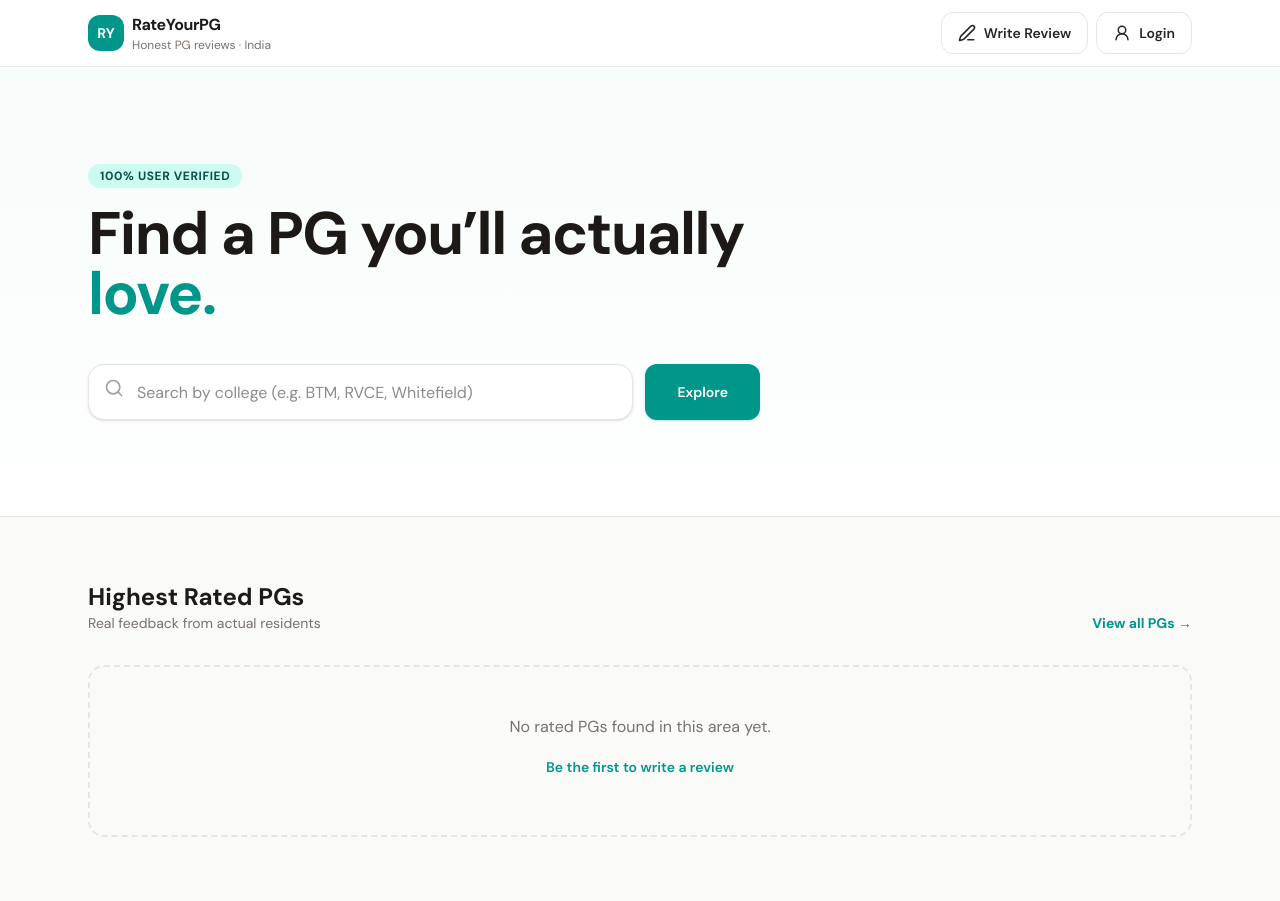
Repository: Tanishqontop/rateyourpg
Page: /
The author's editor kept a copy of each file at every save. The page is drawn from the files as they stood at one save, then again after the next save.
The browser window is 1280 px wide. The pictures show the whole page.
The page's requests for data from a server got no answer. The project was rebuilt for these pictures with package versions that can differ from the ones it lists, and the page was loaded fresh each time. No one was signed in, and anything a server would have sent is missing. Also part of the build but not shown: vite.config.js, vite.config.ts, src/lib/constants.ts, src/lib/reviewAi.ts, src/components/ui/Card.tsx, src/components/ui/StarRating.tsx, src/lib/slug.ts, src/components/review/AddPgForm.tsx and 10 more.

Above is the page before, as saved 2026-04-05 23:13:03.

### index.html
<!doctype html>
<html lang="en">
  <head>
    <meta charset="UTF-8" />
    <link rel="icon" type="image/svg+xml" href="/favicon.svg" />
    <meta name="viewport" content="width=device-width, initial-scale=1.0" />
    <meta
      name="description"
      content="RateYourPG — discover and review PG accommodations across India. Honest reviews from students and professionals."
    />
    <title>RateYourPG — PG Reviews &amp; Discovery in India</title>
    <link rel="preconnect" href="https://fonts.googleapis.com" />
    <link rel="preconnect" href="https://fonts.gstatic.com" crossorigin />
    <link
      href="https://fonts.googleapis.com/css2?family=DM+Sans:ital,opsz,wght@0,9..40,400;0,9..40,500;0,9..40,600;0,9..40,700;1,9..40,400&display=swap"
      rel="stylesheet"
    />
  </head>
  <body>
    <div id="root"></div>
    <script type="module" src="/src/main.tsx"></script>
  </body>
</html>

### src/index.css
@import "tailwindcss";

@theme {
  --font-sans: "DM Sans", ui-sans-serif, system-ui, sans-serif;
  --color-brand-50: #f0fdf9;
  --color-brand-100: #ccfbf1;
  --color-brand-200: #99f6e4;
  --color-brand-500: #14b8a6;
  --color-brand-600: #0d9488;
  --color-brand-700: #0f766e;
  --color-surface: #fafaf9;
  --color-ink: #1c1917;
  --color-muted: #78716c;
}

body {
  @apply bg-stone-50 text-stone-900 antialiased font-sans;
}

### src/pages/HomePage.tsx
import { useCallback, useEffect, useState } from "react";
import { Link, useNavigate } from "react-router-dom";
import { Helmet } from "react-helmet-async";
import { Search, MapPin, School } from "lucide-react";
import { getSupabase } from "@/lib/supabase";
import { DEMO_LOCATIONS } from "@/lib/demoData";
import type { LocationRow, PgRow } from "@/types/database";
import { Button } from "@/components/ui/Button";
import { Card } from "@/components/ui/Card";
import { PgCard } from "@/components/pg/PgCard";
import { AddLocationModal } from "@/components/location/AddLocationModal";

interface PgWithRatings extends PgRow {
  average_rating: number;
  total_reviews: number;
}

function scoreLocationMatch(loc: LocationRow, queryLower: string): number {
  const name = loc.name.toLowerCase();
  const city = loc.city.toLowerCase();
  if (name === queryLower) return 100;
  if (name.startsWith(queryLower)) return 88;
  if (name.includes(queryLower)) return 72;
  if (city.includes(queryLower)) return 48;
  return 0;
}

export function HomePage() {
  const navigate = useNavigate();
  const [q, setQ] = useState("");

  // Suggestion State
  const [suggestions, setSuggestions] = useState<LocationRow[]>([]);
  const [showSuggestions, setShowSuggestions] = useState(false);

  // Categorized State
  const [colleges, setColleges] = useState<LocationRow[]>([]);
  const [areas, setAreas] = useState<LocationRow[]>([]);
  const [realTopPgs, setRealTopPgs] = useState<PgWithRatings[]>([]);

  const [exploring, setExploring] = useState(false);
  const [addLocationOpen, setAddLocationOpen] = useState(false);

  // 1. Initial Data Fetch (Colleges, Areas, Top PGs)
  useEffect(() => {
    void (async () => {
      const sb = getSupabase();
      if (!sb) {
        setColleges(DEMO_LOCATIONS.filter(l => l.type === 'college'));
        return;
      }

      const { data: colData } = await sb.from("locations").select("*").eq("type", "college").order("name").limit(12);
      const { data: areaData } = await sb.from("locations").select("*").eq("type", "area").order("name").limit(12);

      if (colData) setColleges(colData as LocationRow[]);
      if (areaData) setAreas(areaData as LocationRow[]);

      const { data: pgData } = await sb.from("pg_with_ratings").select("*").gt("total_reviews", 0).order("average_rating", { ascending: false }).limit(3);
      if (pgData) setRealTopPgs(pgData as PgWithRatings[]);
    })();
  }, []);

  // 2. Real-time Fuzzy Search Logic
  useEffect(() => {
    const fetchSuggestions = async () => {
      const query = q.trim();
      if (query.length < 2) {
        setSuggestions([]);
        return;
      }

      const sb = getSupabase();
      if (!sb) return;

      // Calling the RPC function we created in SQL
      const { data, error } = await sb.rpc('search_locations', {
        search_query: query
      });

      if (!error && data) {
        setSuggestions(data as LocationRow[]);
      }
    };

    const timer = setTimeout(fetchSuggestions, 150); // Debounce
    return () => clearTimeout(timer);
  }, [q]);

  const runExplore = useCallback(async () => {
    const raw = q.trim();
    if (!raw) return;

    if (suggestions.length > 0) {
      navigate(`/location/${suggestions[0].slug}`);
      return;
    }

    setExploring(true);
    try {
      const sb = getSupabase();
      if (!sb) return;
      const { data: locRows } = await sb.from("locations").select("*").or(`name.ilike.%${raw}%,city.ilike.%${raw}%`).limit(1);

      if (locRows?.length) {
        navigate(`/location/${locRows[0].slug}`);
      } else {
        setAddLocationOpen(true);
      }
    } finally {
      setExploring(false);
    }
  }, [q, suggestions, navigate]);

  return (
    <>
      <Helmet>
        <title>RateYourPG — Honest PG Reviews in Bangalore & India</title>
      </Helmet>

      {/* HERO SECTION */}
      <section className="border-b border-stone-200 bg-linear-to-b from-teal-50/50 to-white">
        <div className="mx-auto max-w-6xl px-4 py-16 sm:px-6 sm:py-24">
          <p className="inline-block rounded-full bg-teal-100 px-3 py-1 text-xs font-bold uppercase tracking-wider text-teal-900">
            100% User Verified
          </p>
          <h1 className="mt-4 max-w-3xl text-4xl font-extrabold tracking-tight text-stone-900 sm:text-6xl">
            Find a PG you’ll actually <span className="text-teal-600">love.</span>
          </h1>

          <div className="mt-10 flex max-w-2xl flex-col gap-3 sm:flex-row sm:items-center">
            {/* SEARCH INPUT WITH DROPDOWN */}
            <div className="relative flex-1">
              <Search className="absolute left-4 top-3.5 text-stone-400" size={20} />
              <input
                value={q}
                onChange={(e) => {
                    setQ(e.target.value);
                    setShowSuggestions(true);
                }}
                onFocus={() => setShowSuggestions(true)}
                onBlur={() => setTimeout(() => setShowSuggestions(false), 200)}
                onKeyDown={(e) => e.key === "Enter" && void runExplore()}
                className="h-14 w-full rounded-2xl border border-stone-200 bg-white pl-12 pr-4 text-base shadow-sm outline-none ring-teal-600/20 transition focus:border-teal-600 focus:ring-4"
                placeholder="Search by college (e.g. BTM, RVCE, Whitefield)"
              />

              {/* DROPDOWN UI */}
              {showSuggestions && suggestions.length > 0 && (
                <div className="absolute top-full left-0 right-0 z-50 mt-2 overflow-hidden rounded-2xl border border-stone-200 bg-white shadow-2xl backdrop-blur-sm">
                   <div className="max-h-[320px] overflow-y-auto py-2">
                    {suggestions.map((loc) => (
                      <button
                        key={loc.id}
                        onMouseDown={() => navigate(`/location/${loc.slug}`)}
                        className="group flex w-full items-center gap-3 px-4 py-3 text-left transition hover:bg-teal-50"
                      >
                        <div className={`flex h-9 w-9 shrink-0 items-center justify-center rounded-xl ${
                            loc.type === 'college' ? 'bg-teal-100 text-teal-600' : 'bg-amber-100 text-amber-600'
                        }`}>
                          {loc.type === 'college' ? <School size={18} /> : <MapPin size={18} />}
                        </div>
                        <div className="flex-1 overflow-hidden">
                          <p className="truncate text-sm font-bold text-stone-900">{loc.name}</p>
                          <p className="text-xs text-stone-500">{loc.city} • {loc.type}</p>
                        </div>
                      </button>
                    ))}
                   </div>
                </div>
              )}
            </div>

            <Button className="h-14 px-8 text-base" disabled={exploring} onClick={() => void runExplore()}>
              {exploring ? "Searching..." : "Explore"}
            </Button>
          </div>
        </div>
      </section>

      <main className="mx-auto max-w-6xl space-y-16 px-4 py-16 sm:px-6">
        {/* COLLEGES SECTION */}
        {colleges.length > 0 && (
          <section>
            <div className="mb-6 flex items-center gap-2">
              <School className="text-teal-600" size={24} />
              <h2 className="text-2xl font-bold text-stone-900">Popular Colleges</h2>
            </div>
            <div className="no-scrollbar -mx-4 flex gap-4 overflow-x-auto px-4 pb-4 sm:mx-0 sm:px-0 snap-x snap-mandatory">
              {colleges.map((l) => (
                <Link key={l.id} to={`/location/${l.slug}`} className="shrink-0 snap-start">
                  <Card className="w-64 overflow-hidden transition-all hover:-translate-y-1 hover:shadow-lg">
                    <div className="h-32 bg-linear-to-br from-teal-500/10 to-amber-500/10 flex items-center justify-center">
                       <School className="text-stone-300" size={40} />
                    </div>
                    <div className="p-4">
                      <p className="font-bold text-stone-900 line-clamp-1">{l.name}</p>
                      <p className="text-sm text-stone-500">{l.city}</p>
                    </div>
                  </Card>
                </Link>
              ))}
            </div>
          </section>
        )}

        {/* AREAS SECTION */}
        {areas.length > 0 && (
          <section>
            <div className="mb-6 flex items-center gap-2">
              <MapPin className="text-teal-600" size={24} />
              <h2 className="text-2xl font-bold text-stone-900">Explore by Area</h2>
            </div>
            <div className="no-scrollbar -mx-4 flex gap-4 overflow-x-auto px-4 pb-4 sm:mx-0 sm:px-0 snap-x snap-mandatory">
              {areas.map((a) => (
                <Link key={a.id} to={`/location/${a.slug}`} className="shrink-0 snap-start">
                  <div className="group relative h-44 w-72 overflow-hidden rounded-2xl border border-stone-200 bg-stone-100 shadow-sm transition-all hover:shadow-md">
                    <img
                      src={a.image_url || "https://images.unsplash.com/photo-1596464716127-f2a82984de30?q=80&w=600"}
                      alt={a.name}
                      className="h-full w-full object-cover transition duration-700 group-hover:scale-110"
                    />
                    <div className="absolute inset-0 bg-linear-to-t from-stone-900/80 via-stone-900/20 to-transparent" />
                    <div className="absolute bottom-4 left-4 text-white">
                      <p className="text-xl font-bold">{a.name}</p>
                      <div className="flex items-center gap-1 text-xs opacity-90">
                        <MapPin size={12} />
                        <span>{a.city}</span>
                      </div>
                    </div>
                  </div>
                </Link>
              ))}
            </div>
          </section>
        )}

        {/* TOP RATED SECTION */}
        <section>
          <div className="mb-8 flex flex-col gap-1 sm:flex-row sm:items-end sm:justify-between">
            <div>
              <h2 className="text-2xl font-bold text-stone-900">Highest Rated PGs</h2>
              <p className="text-stone-500 text-sm">Real feedback from actual residents</p>
            </div>
            <Link to="/explore" className="text-sm font-bold text-teal-600 hover:text-teal-700">
              View all PGs →
            </Link>
          </div>

          <div className="grid gap-6 sm:grid-cols-2 lg:grid-cols-3">
            {realTopPgs.length > 0 ? (
              realTopPgs.map((pg) => (
                <PgCard
                  key={pg.id}
                  pg={pg}
                  rating={pg.average_rating}
                  reviewCount={pg.total_reviews}
                  tags={["High Trust", "Clean Rooms"]}
                />
              ))
            ) : (
              <div className="col-span-full rounded-2xl border-2 border-dashed border-stone-200 py-12 text-center">
                <p className="text-stone-500">No rated PGs found in this area yet.</p>
                <Button variant="ghost" className="mt-2 text-teal-600" onClick={() => navigate("/?write=1")}>
                  Be the first to write a review
                </Button>
              </div>
            )}
          </div>
        </section>
      </main>

      <AddLocationModal
        open={addLocationOpen}
        onClose={() => setAddLocationOpen(false)}
        defaultName={q.trim()}
        onCreated={(loc) => {
          if (loc.type === 'college') setColleges(prev => [loc, ...prev]);
          else setAreas(prev => [loc, ...prev]);
          navigate(`/location/${loc.slug}?write=1`);
        }}
      />
    </>
  );
}

### src/lib/supabase.ts
import { createClient, type SupabaseClient } from "@supabase/supabase-js";

let client: SupabaseClient | null = null;

function getSupabaseKey(): string | undefined {
  return (
    import.meta.env.VITE_SUPABASE_ANON_KEY ||
    import.meta.env.VITE_SUPABASE_PUBLISHABLE_DEFAULT_KEY
  );
}

export function isSupabaseConfigured(): boolean {
  return Boolean(import.meta.env.VITE_SUPABASE_URL && getSupabaseKey());
}

export function getSupabase(): SupabaseClient | null {
  if (!isSupabaseConfigured()) return null;
  if (!client) {
    const key = getSupabaseKey()!;
    client = createClient(import.meta.env.VITE_SUPABASE_URL!, key,
      {
        auth: {
          persistSession: true,
          autoRefreshToken: true,
        },
      }
    );
  }
  return client;
}

### src/lib/reviewPrefill.ts
import type { LocationRow } from "@/types/database";

const KEY = "rateyourpg_prefill_location";

/** Minimal row for ReviewModal step 3 */
export type PrefillLocation = Pick<
  LocationRow,
  "id" | "slug" | "name" | "city"
> & {
  type?: string | null;
  created_at?: string;
};

export function setReviewPrefillLocation(loc: PrefillLocation): void {
  sessionStorage.setItem(KEY, JSON.stringify(loc));
}

export function clearReviewPrefillLocation(): void {
  sessionStorage.removeItem(KEY);
}

export function peekReviewPrefillLocation(): PrefillLocation | null {
  const raw = sessionStorage.getItem(KEY);
  if (!raw) return null;
  try {
    return JSON.parse(raw) as PrefillLocation;
  } catch {
    sessionStorage.removeItem(KEY);
    return null;
  }
}

export function consumeReviewPrefillLocation(): PrefillLocation | null {
  const v = peekReviewPrefillLocation();
  if (v) sessionStorage.removeItem(KEY);
  return v;
}

### src/components/ui/Button.tsx
import type { ButtonHTMLAttributes, ReactNode } from "react";

type Variant = "primary" | "secondary" | "ghost" | "danger";

const variants: Record<Variant, string> = {
  primary:
    "bg-teal-600 text-white hover:bg-teal-700 shadow-sm shadow-teal-600/20",
  secondary:
    "bg-white text-stone-800 border border-stone-200 hover:bg-stone-50",
  ghost: "bg-transparent text-stone-700 hover:bg-stone-100",
  danger: "bg-red-600 text-white hover:bg-red-700",
};

export function Button({
  className = "",
  variant = "primary",
  children,
  ...props
}: ButtonHTMLAttributes<HTMLButtonElement> & {
  variant?: Variant;
  children: ReactNode;
}) {
  return (
    <button
      type="button"
      className={`inline-flex items-center justify-center gap-2 rounded-xl px-4 py-2.5 text-sm font-semibold transition focus-visible:outline focus-visible:outline-2 focus-visible:outline-offset-2 focus-visible:outline-teal-600 disabled:opacity-50 ${variants[variant]} ${className}`}
      {...props}
    >
      {children}
    </button>
  );
}

### src/context/useAuth.ts
import { useContext } from "react";
import { AuthContext, type AuthContextValue } from "./AuthContext";
import { isSupabaseConfigured } from "@/lib/supabase";

export function useAuth(): AuthContextValue {
  const ctx = useContext(AuthContext);
  if (!ctx) throw new Error("useAuth must be used within AuthProvider");
  return ctx;
}

/** True when Vite env has Supabase URL + key (no Provider required). */
export function useOptionalSupabase(): boolean {
  return isSupabaseConfigured();
}

Loaded but not shown: src/main.tsx (common file); src/context/AuthContext.tsx (194 lines, source omitted); src/lib/demoData.ts (101 lines, source omitted); src/components/layout/Header.tsx (55 lines, source omitted); src/components/layout/AppShell.tsx (56 lines, source omitted); src/App.tsx (28 lines, source omitted)

After the next save:
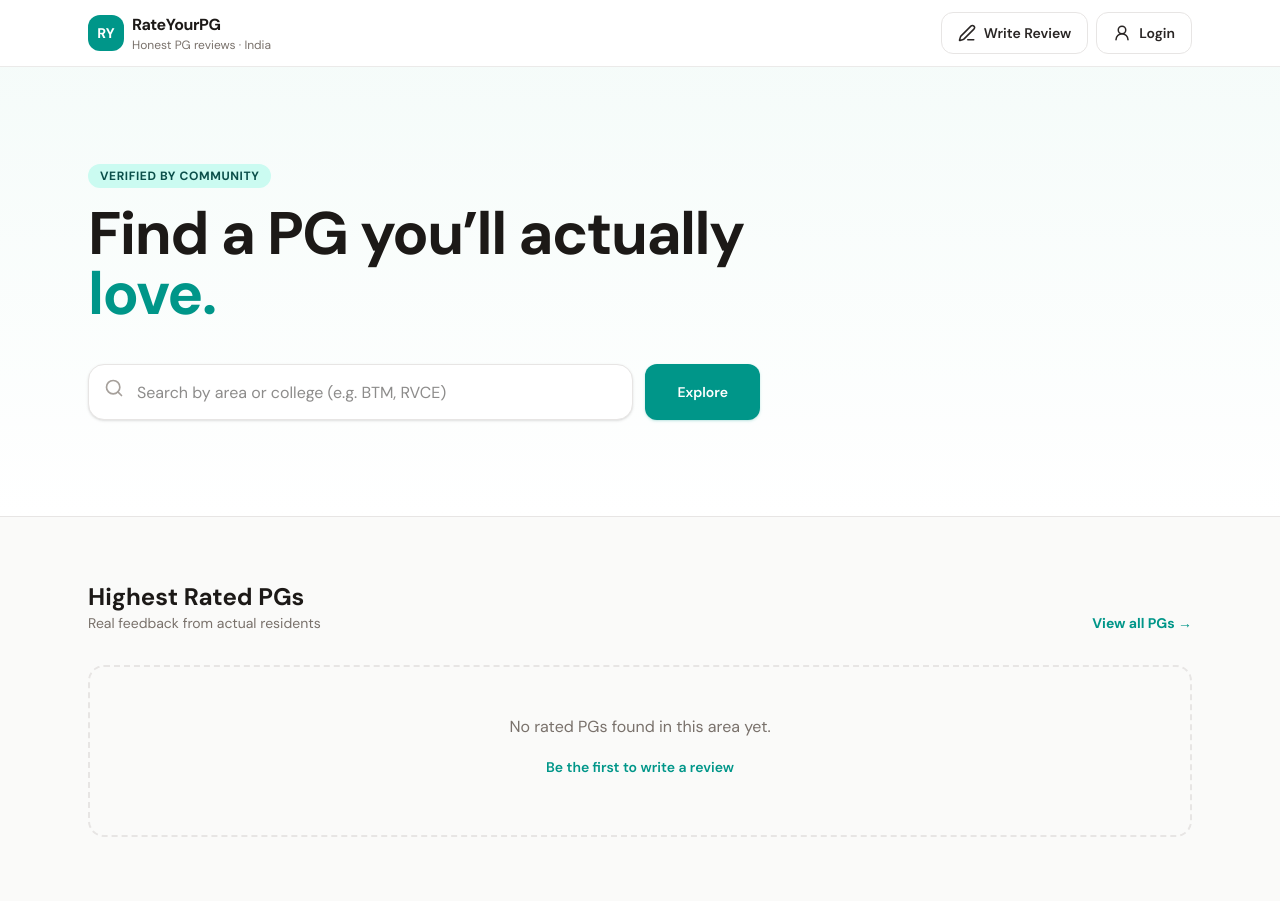
Saved 6 min 14 s later.
--- a/src/pages/HomePage.tsx
+++ b/src/pages/HomePage.tsx
@@ -15,33 +15,22 @@ interface PgWithRatings extends PgRow {
   total_reviews: number;
 }
 
-function scoreLocationMatch(loc: LocationRow, queryLower: string): number {
-  const name = loc.name.toLowerCase();
-  const city = loc.city.toLowerCase();
-  if (name === queryLower) return 100;
-  if (name.startsWith(queryLower)) return 88;
-  if (name.includes(queryLower)) return 72;
-  if (city.includes(queryLower)) return 48;
-  return 0;
-}
-
 export function HomePage() {
   const navigate = useNavigate();
   const [q, setQ] = useState("");
 
-  // Suggestion State
+  // Suggestion & Search State
   const [suggestions, setSuggestions] = useState<LocationRow[]>([]);
   const [showSuggestions, setShowSuggestions] = useState(false);
-
-  // Categorized State
+  const [exploring, setExploring] = useState(false);
+  const [addLocationOpen, setAddLocationOpen] = useState(false);
+
+  // Content State
   const [colleges, setColleges] = useState<LocationRow[]>([]);
   const [areas, setAreas] = useState<LocationRow[]>([]);
   const [realTopPgs, setRealTopPgs] = useState<PgWithRatings[]>([]);
 
-  const [exploring, setExploring] = useState(false);
-  const [addLocationOpen, setAddLocationOpen] = useState(false);
-
-  // 1. Initial Data Fetch (Colleges, Areas, Top PGs)
+  // 1. Initial Data Fetch
   useEffect(() => {
     void (async () => {
       const sb = getSupabase();
@@ -61,7 +50,7 @@ export function HomePage() {
     })();
   }, []);
 
-  // 2. Real-time Fuzzy Search Logic
+  // 2. Real-time Fuzzy Search Logic (Debounced)
   useEffect(() => {
     const fetchSuggestions = async () => {
       const query = q.trim();
@@ -73,7 +62,6 @@ export function HomePage() {
       const sb = getSupabase();
       if (!sb) return;
 
-      // Calling the RPC function we created in SQL
       const { data, error } = await sb.rpc('search_locations', {
         search_query: query
       });
@@ -83,7 +71,7 @@ export function HomePage() {
       }
     };
 
-    const timer = setTimeout(fetchSuggestions, 150); // Debounce
+    const timer = setTimeout(fetchSuggestions, 150);
     return () => clearTimeout(timer);
   }, [q]);
 
@@ -91,6 +79,7 @@ export function HomePage() {
     const raw = q.trim();
     if (!raw) return;
 
+    // Use the first suggestion if available for quick navigation
     if (suggestions.length > 0) {
       navigate(`/location/${suggestions[0].slug}`);
       return;
@@ -122,14 +111,13 @@ export function HomePage() {
       <section className="border-b border-stone-200 bg-linear-to-b from-teal-50/50 to-white">
         <div className="mx-auto max-w-6xl px-4 py-16 sm:px-6 sm:py-24">
           <p className="inline-block rounded-full bg-teal-100 px-3 py-1 text-xs font-bold uppercase tracking-wider text-teal-900">
-            100% User Verified
+            Verified by Community
           </p>
           <h1 className="mt-4 max-w-3xl text-4xl font-extrabold tracking-tight text-stone-900 sm:text-6xl">
             Find a PG you’ll actually <span className="text-teal-600">love.</span>
           </h1>
 
           <div className="mt-10 flex max-w-2xl flex-col gap-3 sm:flex-row sm:items-center">
-            {/* SEARCH INPUT WITH DROPDOWN */}
             <div className="relative flex-1">
               <Search className="absolute left-4 top-3.5 text-stone-400" size={20} />
               <input
@@ -142,13 +130,13 @@ export function HomePage() {
                 onBlur={() => setTimeout(() => setShowSuggestions(false), 200)}
                 onKeyDown={(e) => e.key === "Enter" && void runExplore()}
                 className="h-14 w-full rounded-2xl border border-stone-200 bg-white pl-12 pr-4 text-base shadow-sm outline-none ring-teal-600/20 transition focus:border-teal-600 focus:ring-4"
-                placeholder="Search by college (e.g. BTM, RVCE, Whitefield)"
+                placeholder="Search by area or college (e.g. BTM, RVCE)"
               />
 
-              {/* DROPDOWN UI */}
+              {/* FUZZY SEARCH SUGGESTIONS */}
               {showSuggestions && suggestions.length > 0 && (
                 <div className="absolute top-full left-0 right-0 z-50 mt-2 overflow-hidden rounded-2xl border border-stone-200 bg-white shadow-2xl backdrop-blur-sm">
-                   <div className="max-h-[320px] overflow-y-auto py-2">
+                   <div className="max-h-80 overflow-y-auto py-2">
                     {suggestions.map((loc) => (
                       <button
                         key={loc.id}
@@ -179,7 +167,7 @@ export function HomePage() {
       </section>
 
       <main className="mx-auto max-w-6xl space-y-16 px-4 py-16 sm:px-6">
-        {/* COLLEGES SECTION */}
+        {/* COLLEGES CAROUSEL */}
         {colleges.length > 0 && (
           <section>
             <div className="mb-6 flex items-center gap-2">
@@ -190,8 +178,8 @@ export function HomePage() {
               {colleges.map((l) => (
                 <Link key={l.id} to={`/location/${l.slug}`} className="shrink-0 snap-start">
                   <Card className="w-64 overflow-hidden transition-all hover:-translate-y-1 hover:shadow-lg">
-                    <div className="h-32 bg-linear-to-br from-teal-500/10 to-amber-500/10 flex items-center justify-center">
-                       <School className="text-stone-300" size={40} />
+                    <div className="h-32 bg-linear-to-br from-teal-500/10 to-amber-500/10 flex items-center justify-center text-stone-300">
+                       <School size={40} />
                     </div>
                     <div className="p-4">
                       <p className="font-bold text-stone-900 line-clamp-1">{l.name}</p>
@@ -204,7 +192,7 @@ export function HomePage() {
           </section>
         )}
 
-        {/* AREAS SECTION */}
+        {/* AREAS CAROUSEL */}
         {areas.length > 0 && (
           <section>
             <div className="mb-6 flex items-center gap-2">
@@ -235,7 +223,7 @@ export function HomePage() {
           </section>
         )}
 
-        {/* TOP RATED SECTION */}
+        {/* HIGHEST RATED PGS */}
         <section>
           <div className="mb-8 flex flex-col gap-1 sm:flex-row sm:items-end sm:justify-between">
             <div>
